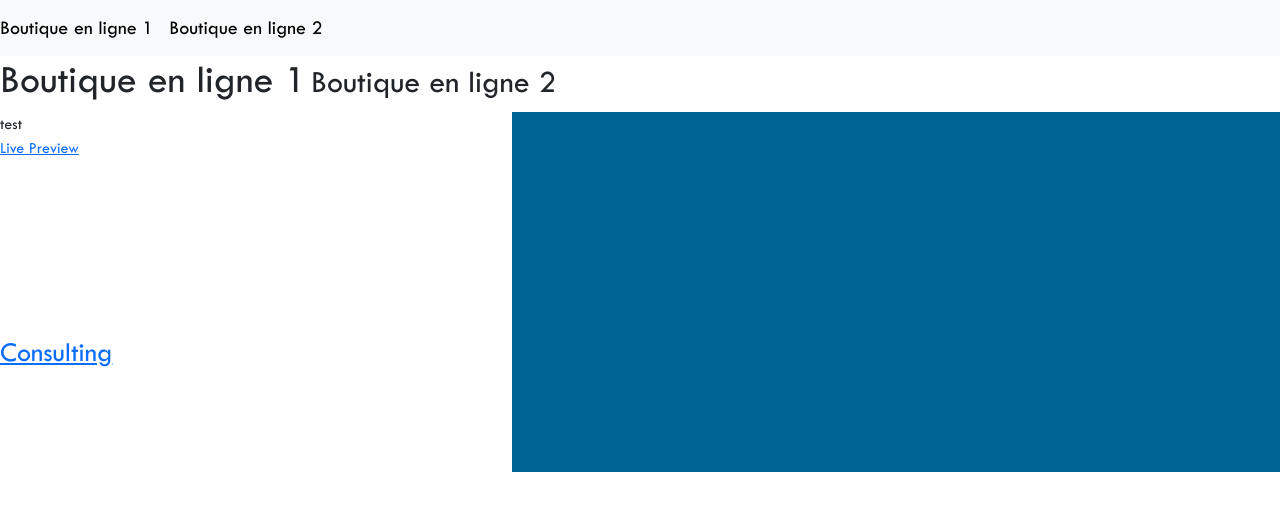
Repository: padevft/e-commerce-php
Page: http://localhost/index.html
These files come from the project's save history. The page is drawn as it stood at one moment and after the next save; the edit follows.
The browser window is 1280 px wide. The pictures show the whole page.
The page is run by PHP 8.4 with error messages shown; the project is at /var/www/html/.

Above is the page before, as saved 2023-09-17 18:13:17.

### index.html
<!DOCTYPE html>
<html lang="en">

<head>
  <meta charset="UTF-8" />
  <meta name="viewport" content="width=device-width, initial-scale=1.0" />
  <title>Boutique en ligne</title>

  <link rel="stylesheet" href="client/css/styles.css">
  <link rel="stylesheet" href="client/utilitaires/bootstrap/css/bootstrap.min.css">
  <link rel="stylesheet" href="client/utilitaires/font-awesome-4.7.0/css/font-awesome.min.css">

</head>

<body>
  <header>
    <nav class="navbar navbar-expand-lg navbar-light bg-light">
      <a class="navbar-brand" href="#">Boutique en ligne 1</a>
      <a class="navbar-brand" href="#">Boutique en ligne 2</a>
    </nav>
  </header>
  <h1>Boutique en ligne 1</h1>
  <h2>Boutique en ligne 2</h2>
  <div class="main">
    test
    <div class="container-product-item">
      <div class="thumbnail">
        <!-- <img class="w-100" src="client/images/home-consulting.png" alt="Personal Portfolio Images"> -->
        <a target="_blank" href="https://rainbowit.net/html/inbio/home-consulting.html" class="preview-btn">
          <span class="rn-btn">Live Preview <i class="feather-external-link"></i></span>
        </a>
      </div>

      <div class="content">
        <h3 class="title"><a href="https://rainbowit.net/html/inbio/home-consulting.html">Consulting<i
              class="feather-arrow-up-right"></i></a></h3>

      </div>
    </div>



    <script src="client/utilitaires/Jquery/jquery-3.6.0.min.js"></script>
    <script src="client/utilitaires/bootstrap/js/bootstrap.min.js"></script>
</body>

</html>

### client/css/styles.css
/* var text-decoration */
@font-face {
  font-family: myfont;
  src: url(../utilitaires/fonts/ufonts.com_tw-cen-mt.ttf);
}

* {
  transition: all 0.6s ease;
}

body {
  font-family: myfont !important;
}
h1 {
  display: inline-flex;
  position: relative;
  cursor: pointer;
}

h1:hover {
  color: brown;
}

h1::before {
  content: "";
  position: absolute;
  bottom: 0;
  right: 0;
  width: 100%;
  height: 2.5px;
  background-color: brown;
  transform-origin: left;
  transform: scaleX(0);
  transition: transform 0.4s ease-out;
}

h1:hover::before {
  transform: scaleX(
    1
  );
}
h2 {
  display: inline-flex;
  position: relative;
  cursor: pointer;
}

h2:hover{
  color:#f9bf29;
}
h2::before {
  content: "";
  position: absolute;
  bottom: 0;
  left:0;
  background: #f9bf29;
  height: 2.5px;
  opacity: 1;
  visibility: visible;
  width: 0;
  -webkit-transition: 0.4s all ease-out;
  -o-transition: 0.4s all ease-out;
  transition: 0.4s all ease-out;
}
h2:hover:before {
  width: calc(100% - 0px);
}

.main{
  display: flex;
  position: relative;
  flex-direction: column;
  height: 50vh;
  width: 100%;
  float: right;
  background-image: linear-gradient(to right, #ffffff 40%, #006494 40%);

}
.container-product-item{
  width: 200px;
  height: 200px;
  position: relative;
}
.thumbnail{
  width: 100%;
  height: 100%;
  position: relative;
}

Loaded but not shown: client/utilitaires/bootstrap/css/bootstrap.min.css (library); client/utilitaires/font-awesome-4.7.0/css/font-awesome.min.css (library); client/utilitaires/Jquery/jquery-3.6.0.min.js (library); client/utilitaires/bootstrap/js/bootstrap.min.js (library)

After the next save:
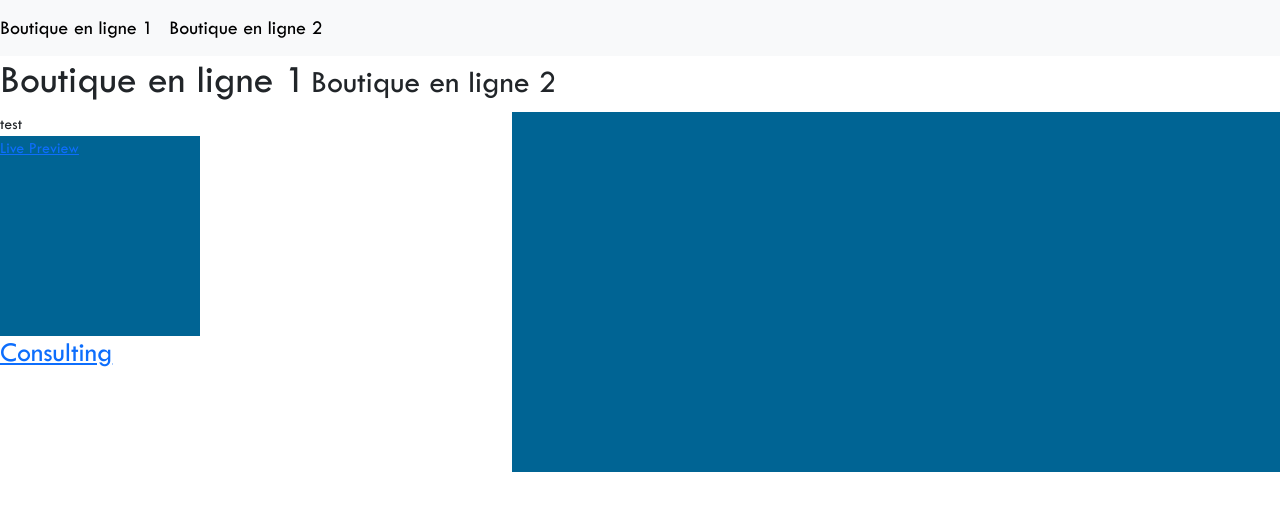
Saved 17 s later.
--- a/client/css/styles.css
+++ b/client/css/styles.css
@@ -80,6 +80,7 @@ h2:hover:before {
   width: 200px;
   height: 200px;
   position: relative;
+  background-color: #006494;
 }
 .thumbnail{
   width: 100%;
